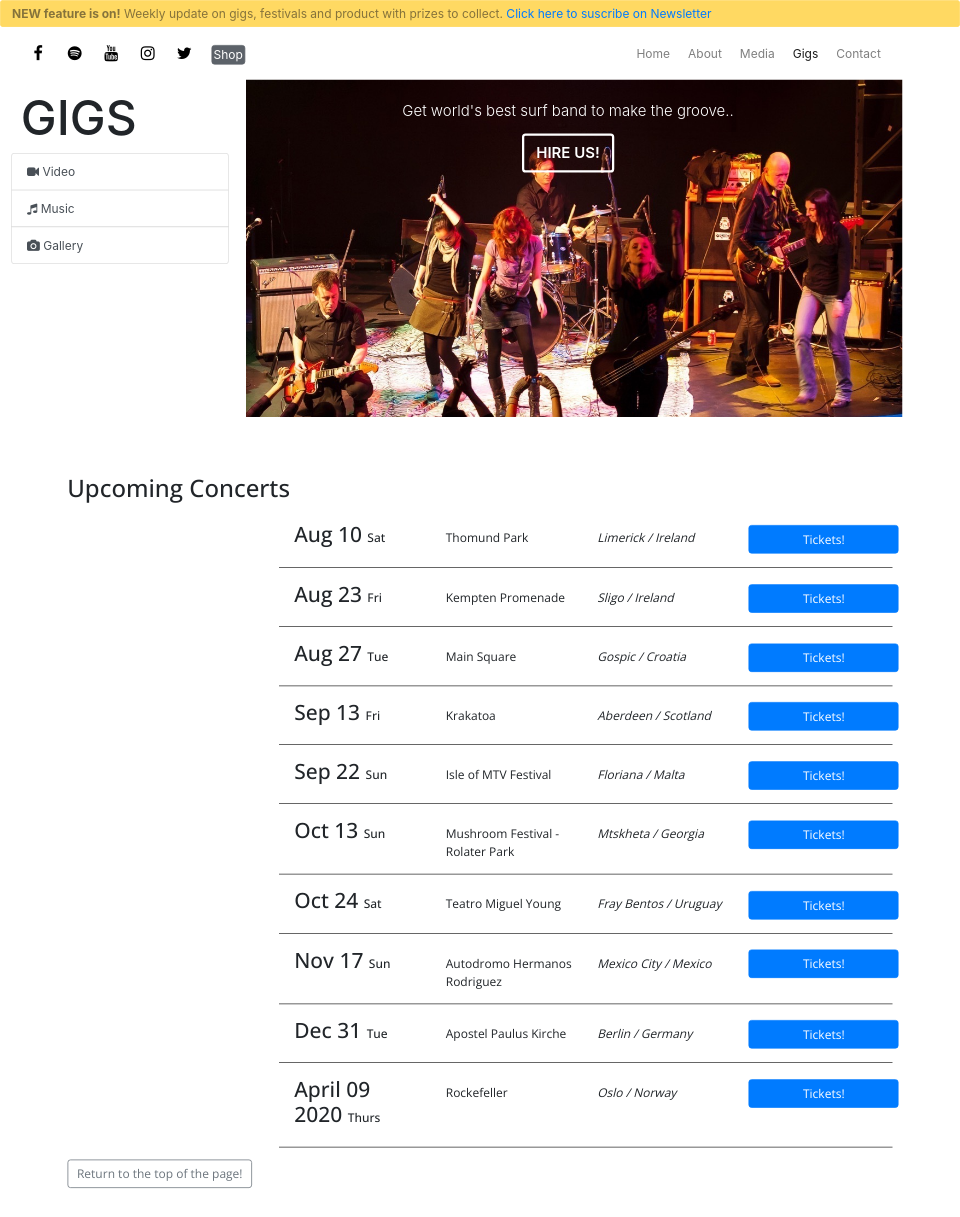
Repository: NamcorStudent/Stream_1_Project_HTML5-CSS3
Page: gigs.html
The author's editor kept a record of every edit. The page is drawn from the files as they stood at one moment, then again after the next edit.
The browser window is 1280 px wide. The pictures show the whole page, at 75% of full size.
Some web libraries are served in a nearby version.

Above is the page before.

After the next edit:
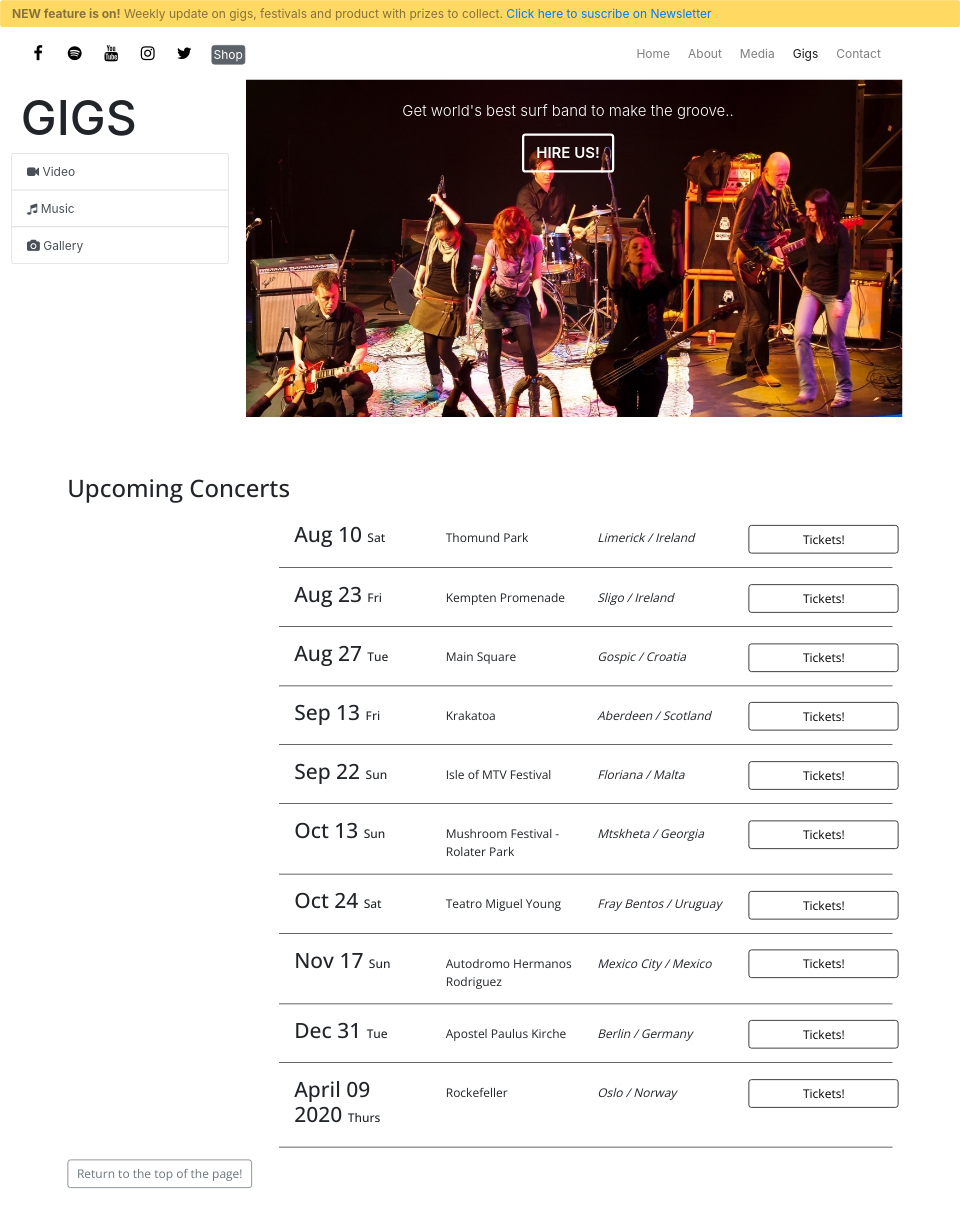
The edit:
--- a/assets/css/style.css
+++ b/assets/css/style.css
@@ -455,6 +455,16 @@
 
 }
 
+.btn-tickets{
+    color: #000;
+    background-color: transparent;
+    border: 1px solid #000;
+    transition: all 0.35s ease-in-out;
+    -moz-transition: all 0.35s ease-in-out;
+    -webkit-transition: all 0.35s ease-in-out;
+    -o-transition: all 0.35s ease-in-out;
+}
+
 .btn-tickets:hover,
 .btn-tickets:active,
 .btn-tickets:focus,
